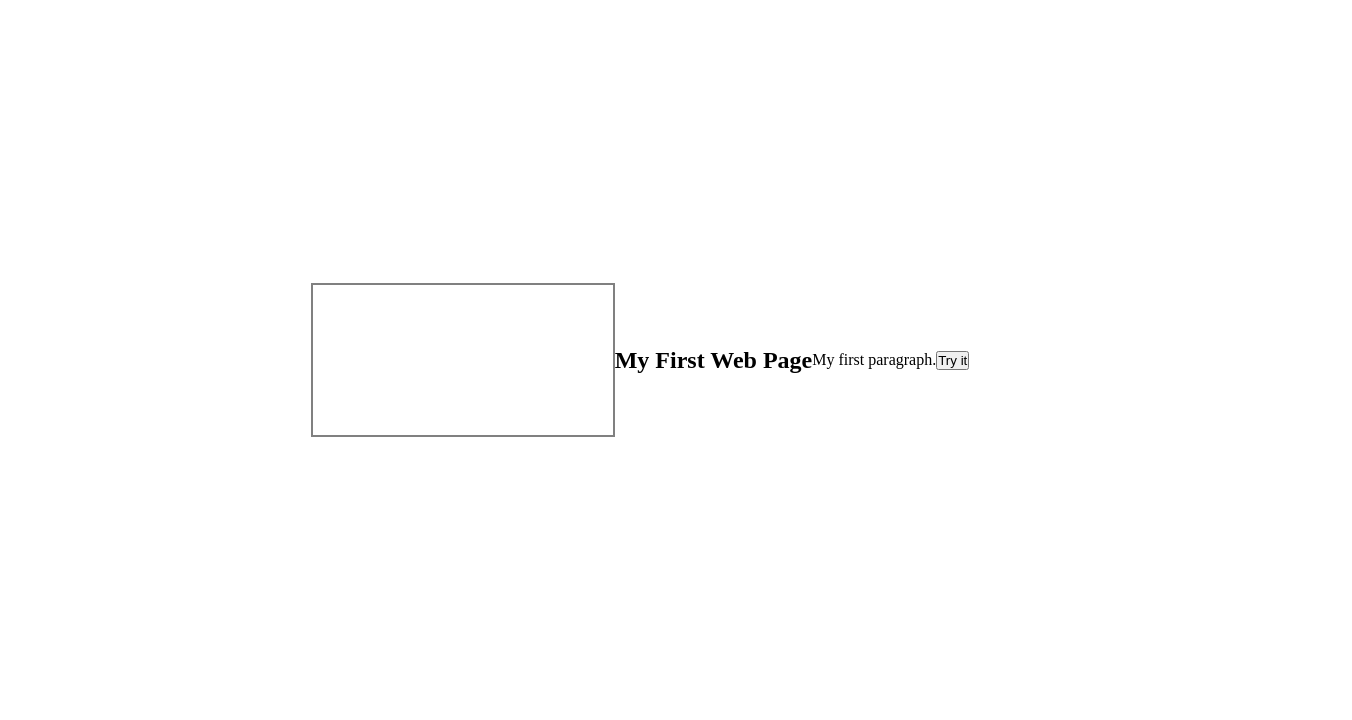
Repository: btgoo/game
Page: car.html
An editor plug-in stored every save of this project. The page is shown before and after a run of saves, followed by the edit.
The browser window is 1280 px wide. The page is 1280 px wide, then 1352 px, so the pictures cover 1352 px, including what lies to the right of the window. The pictures show the whole page.

Above is the page before, as saved 2025-10-25 15:33:16.

### car.html
<!DOCTYPE html>
<script src="carscript.js" defer type="module"></script>
<link rel="stylesheet" href="car_style.css">
<html lang="en">
<head>
    <meta charset="UTF-8">
    <meta http-equiv="X-UA-Compatible" content="IE=edge" />
    <meta name="viewport" content="width=device-width, initial-scale=1.0">
    <title>CarGo</title>
</head>
<body>
    <canvas id="game"></canvas>
    <br>
    <h2> My First Web Page</h2>
    <p>My first paragraph.</p>

    <p id="demo"></p>

    <button type="button" onclick="document.getElementById('demo').innerText = (5 + 6)">Try it</button>

</body>
 </html>

### carscript.js
// let board;
// let boardWidth = 1200;
// let boardHeight = 600;
// let context;

// let carWidth = 150;
// let carHeight = 95;
// let carX = boardWidth/24;
// let carY = boardHeight/2.5;

// let car = {
//     x : carX,
//     y : carY,
//     width : carWidth,
//     height : carHeight
// }

// window.onload = function() {
//     board = document.getElementById("board");
//     board.width = boardWidth;
//     board.height = boardHeight;
//     context = board.getContext("2d");

//     planeImg = new Image();
//     planeImg.src = "/assets/car_images/Plane.png"
//     planeImg.onload = function() {
//         context.drawImage(planeImg, plane.x, plane.y, plane.width, plane.height)
//     }
// }
const canvas = document.getElementById("game");
const ctx = canvas.getContext("2d");

const GAME_WIDTH = 1200;
const GAME_HEIGHT = 600;

let scaleRatio = null;
function setScreen(){
    scaleRatio = getScaleRatio();
    canvas.width = GAME_WIDTH * scaleRatio
    canvas.height = GAME_HEIGHT * scaleRatio
}

function getScaleRatio(){
    const screenHeight = Math.min(
        window.innerHeight,
        document.documentElement.clientHeight
    );

    const screenWidth = Math.min(
        window.innerWidth,
        document.documentElement.clientWidth
    );

    // window is wider than the game width
    if(screenWidth/screenHeight < GAME_WIDTH/GAME_HEIGHT){
        return screenWidth/GAME_WIDTH
    }
    else{
        return screenHeight/GAME_HEIGHT
    }
}

### car_style.css
* {
    padding: 0px;
    margin: 0px;
}
body{
    display:flex;
    align-items: center;
    justify-content: center;
    height: 100vh;

    user-select: none;
    touch-action: none;
    -webkit-touch-callout: none;
    -webkit-user-select: none;
    -khtml-user-select: none;
    -moz-user-select: none;
    -ms-user-select: none;
    user-select: none;
    outline: none;
    -webkit-tap-highlight-color: rgba(255, 255, 255, 0);
}
canvas {
    border: 2px solid grey;
}

After the next 3 saves:
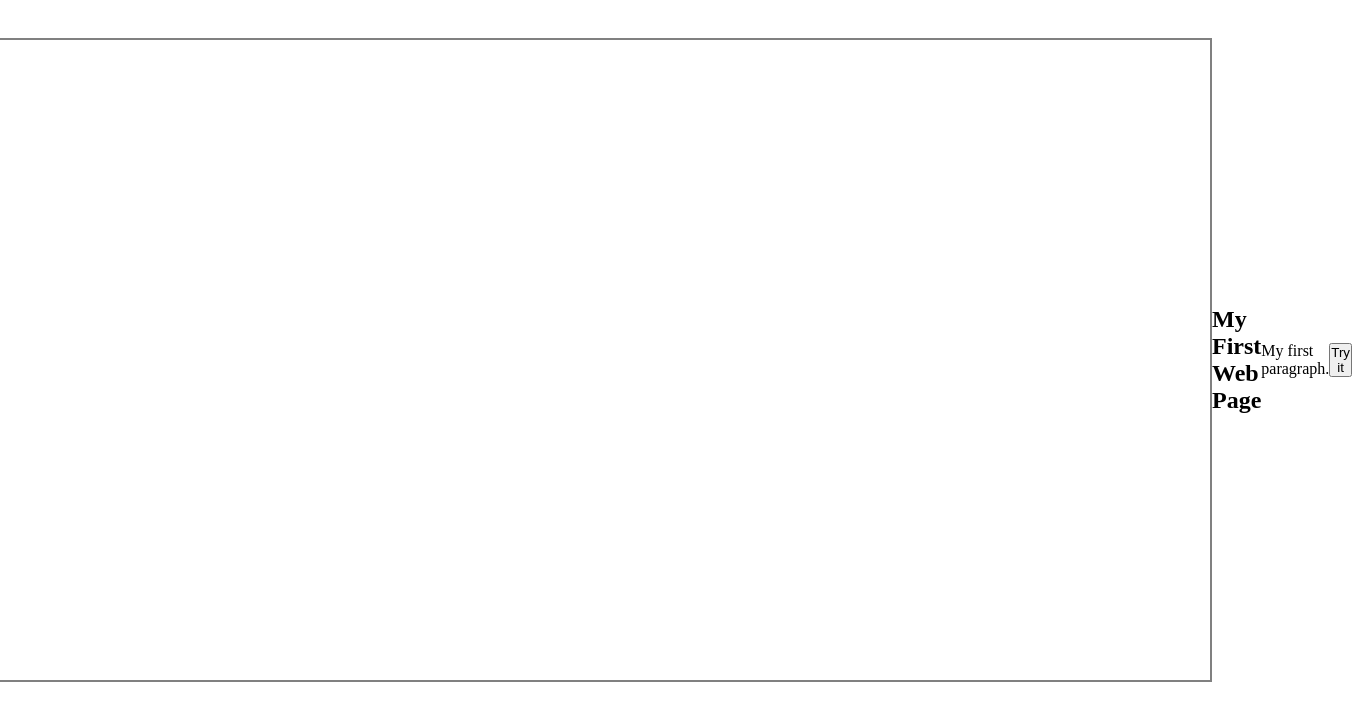
The 3 saves are shown as one change because they came seconds apart.
The last was saved 34 s later.
--- a/carscript.js
+++ b/carscript.js
@@ -40,6 +40,8 @@ function setScreen(){
     canvas.height = GAME_HEIGHT * scaleRatio
 }
 
+setScreen();
+
 function getScaleRatio(){
     const screenHeight = Math.min(
         window.innerHeight,
